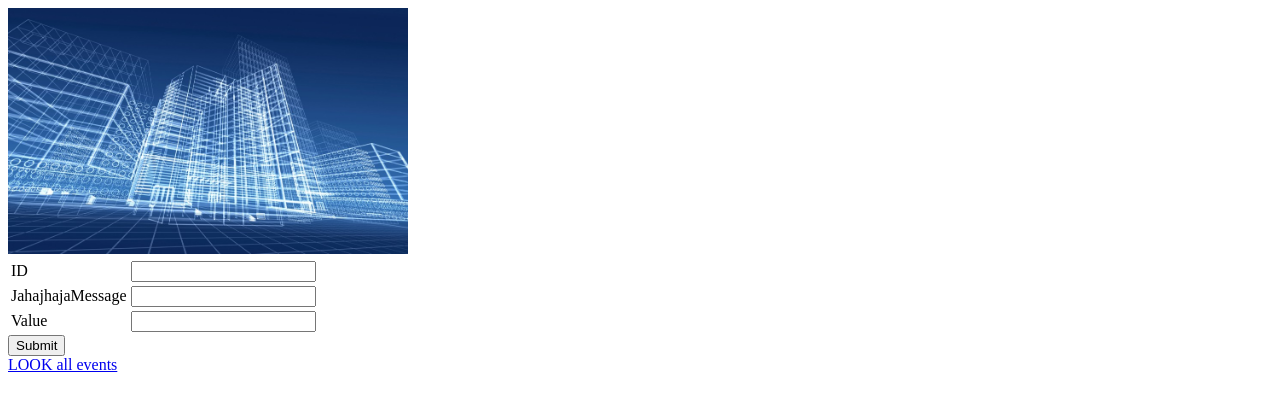
Repository: Talito/translateet
Page: Translit/src/main/webapp/addevent.html
The author's editor kept a copy of each file at every save. The page is drawn from the files as they stood at one save, then again after the next save.
The browser window is 1280 px wide. The pictures show the whole page.

Above is the page before, as saved 2016-03-01 14:42:51.

### Translit/src/main/webapp/addevent.html
<!DOCTYPE html>
<html>
<head>
<title>Form to create a new location</title>
</head>
<body>
	<img src="image.jpg" width="400">
	<form method="POST" action="rest/events">
		<table>
			<tr>
				<td><label for="id">ID</label></td>
				<td><input type="number" pattern="\d+" name="id"></td>
			</tr>
			<tr>
				<td><label for="message">JahajhajaMessage</label></td>
				<td><input type="text" name="message"></td>
			</tr>
			<tr>
				<td><label for="value">Value</label></td>
				<td><input type="number" pattern="\d+" name="value"></td>
			</tr>
		</table>
		<input type="submit" value="Submit">
	</form>
	<a href="rest/events">LOOK all events</a>
</body>
</html>

After the next save:
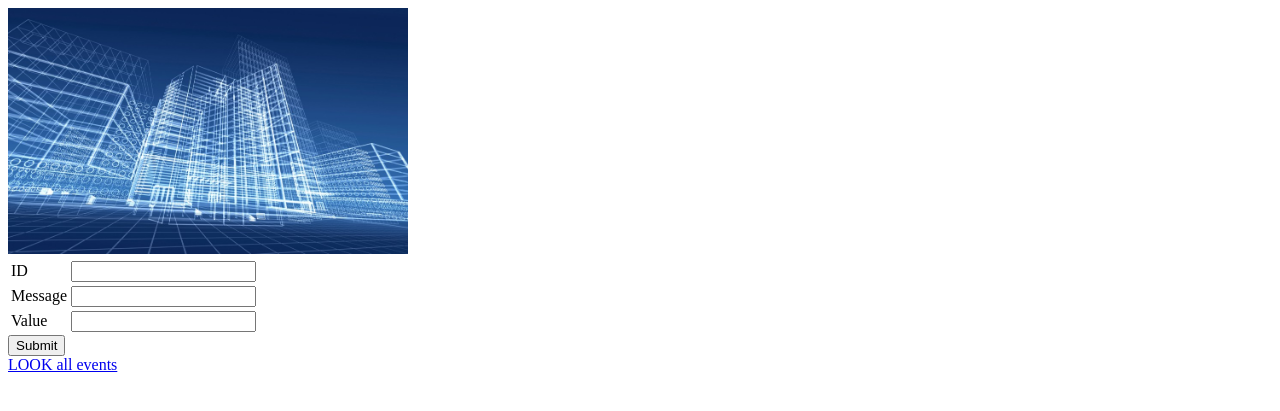
Saved 3 min 41 s later.
--- a/Translit/src/main/webapp/addevent.html
+++ b/Translit/src/main/webapp/addevent.html
@@ -12,7 +12,7 @@
 				<td><input type="number" pattern="\d+" name="id"></td>
 			</tr>
 			<tr>
-				<td><label for="message">JahajhajaMessage</label></td>
+				<td><label for="message">Message</label></td>
 				<td><input type="text" name="message"></td>
 			</tr>
 			<tr>
